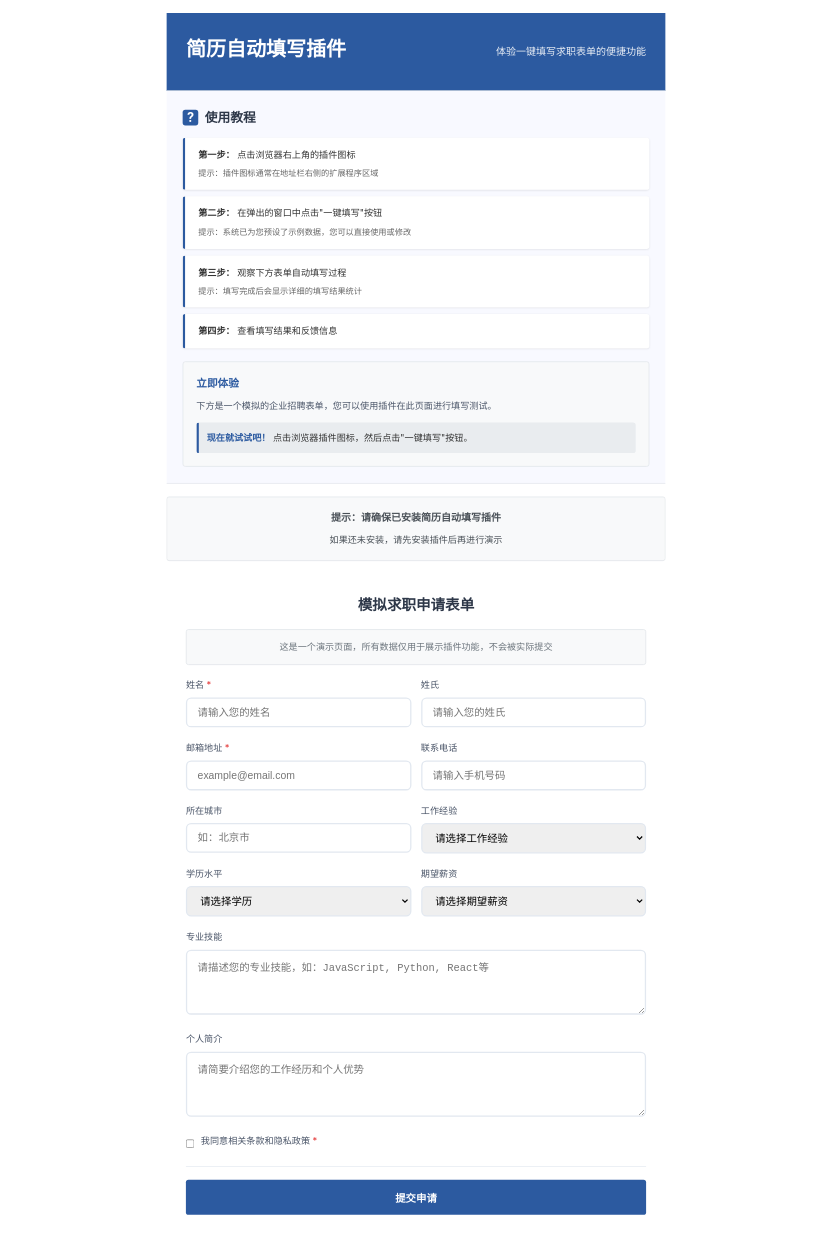
Repository: Zion74/jiancareer-chrome-main-zhn
Page: public/mock-form.html
An editor plug-in stored every save of this project. The page is shown before and after a run of saves, followed by the edit.
The browser window is 1280 px wide. The pictures show the whole page, at 65% of full size.

Above is the page before, as saved 2025-09-09 22:59:02.

After the next 2 saves:
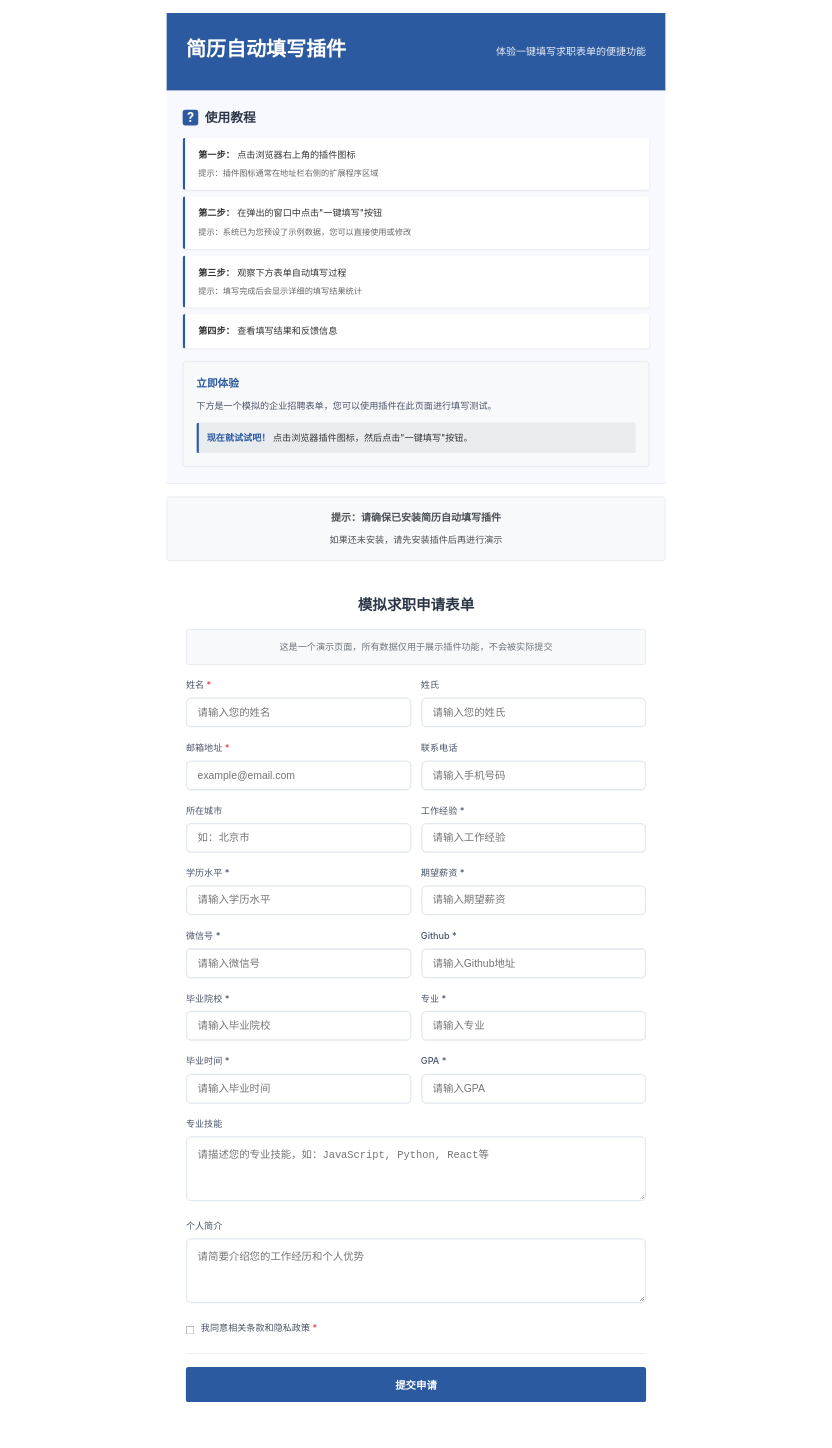
The 2 saves are shown as one change because they came seconds apart.
The last was saved 6 min 18 s later.
--- a/public/mock-form.html
+++ b/public/mock-form.html
@@ -324,40 +324,52 @@
                         <input type="text" id="location" name="location" placeholder="如：北京市">
                     </div>
                     <div class="form-group">
-                        <label for="experience">工作经验</label>
-                        <select id="experience" name="experience">
-                            <option value="">请选择工作经验</option>
-                            <option value="0-1">0-1年</option>
-                            <option value="1-3">1-3年</option>
-                            <option value="3-5">3-5年</option>
-                            <option value="5-10">5-10年</option>
-                            <option value="10+">10年以上</option>
-                        </select>
-                    </div>
-                </div>
-
-                <div class="form-row">
-                    <div class="form-group">
-                        <label for="education">学历水平</label>
-                        <select id="education" name="education">
-                            <option value="">请选择学历</option>
-                            <option value="高中">高中</option>
-                            <option value="大专">大专</option>
-                            <option value="本科">本科</option>
-                            <option value="硕士">硕士</option>
-                            <option value="博士">博士</option>
-                        </select>
-                    </div>
-                    <div class="form-group">
-                        <label for="salary">期望薪资</label>
-                        <select id="salary" name="salary">
-                            <option value="">请选择期望薪资</option>
-                            <option value="5k-8k">5K-8K</option>
-                            <option value="8k-12k">8K-12K</option>
-                            <option value="12k-18k">12K-18K</option>
-                            <option value="18k-25k">18K-25K</option>
-                            <option value="25k+">25K以上</option>
-                        </select>
+                        <label for="experience">工作经验 *</label>
+                        <input type="text" id="experience" name="experience" placeholder="请输入工作经验" required>
+                    </div>
+                </div>
+
+                <div class="form-row">
+                    <div class="form-group">
+                        <label for="education">学历水平 *</label>
+                        <input type="text" id="education" name="education" placeholder="请输入学历水平" required>
+                    </div>
+                    <div class="form-group">
+                        <label for="salary">期望薪资 *</label>
+                        <input type="text" id="salary" name="salary" placeholder="请输入期望薪资" required>
+                    </div>
+                </div>
+
+                <div class="form-row">
+                    <div class="form-group">
+                        <label for="wechat">微信号 *</label>
+                        <input type="text" id="wechat" name="wechat" placeholder="请输入微信号" required>
+                    </div>
+                    <div class="form-group">
+                        <label for="github">Github *</label>
+                        <input type="text" id="github" name="github" placeholder="请输入Github地址" required>
+                    </div>
+                </div>
+
+                <div class="form-row">
+                    <div class="form-group">
+                        <label for="university">毕业院校 *</label>
+                        <input type="text" id="university" name="university" placeholder="请输入毕业院校" required>
+                    </div>
+                    <div class="form-group">
+                        <label for="major">专业 *</label>
+                        <input type="text" id="major" name="major" placeholder="请输入专业" required>
+                    </div>
+                </div>
+
+                <div class="form-row">
+                    <div class="form-group">
+                        <label for="graduation_date">毕业时间 *</label>
+                        <input type="text" id="graduation_date" name="graduation_date" placeholder="请输入毕业时间" required>
+                    </div>
+                    <div class="form-group">
+                        <label for="gpa">GPA *</label>
+                        <input type="text" id="gpa" name="gpa" placeholder="请输入GPA" required>
                     </div>
                 </div>
 
